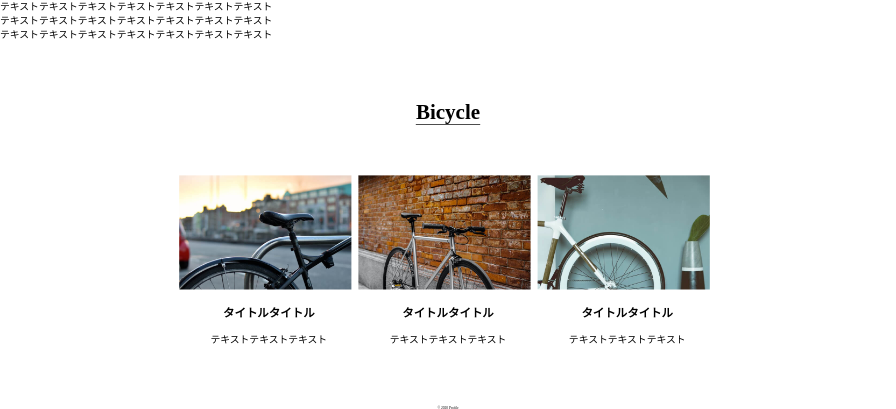
Repository: naoko0513/bike
Page: index.html
The author's editor kept a record of every edit. The page is drawn from the files as they stood at one moment, then again after the next edit.
The browser window is 1280 px wide. The pictures show the part of the page from y = 1562 to 3482 px (the page is 2146 px tall before and 3639 px after), at 70% of full size.

Above is the page before.

### index.html
<!DOCTYPE html>
<html lang="ja">
<head>
    <meta charset="UTF-8">
    <meta name="viewport" content="width=device-width,initial-scale=1">
    <meta http-equiv="X-UA-Compatible" content="ie=edge">
    <title>Document</title>
    <link rel="stylesheet" href="stylesheet.css" type="text/css" />
</head>
<body>
    <!-----------トップ（プロファイルの部分）----------->
    <div id="top">
        <div class="header-container">
            <div class="topimage">
                Profile
            </div>
            <div class="menu">
                <p>About</p>
                <p>Bicycle</p>
            </div>
        </div>
    </div>
    <div class="maineimage">
        <img src="images/mainvisual.jpg" alt="自転車"></img>
    </div>
    <!----------------プロフィール部分---------------->
    <div class="blank"></div>
    <div id="about">
        <h2 class="heading">About</h2>
    </div>
        <div class="container">
            <img src="images/about.png" alt="プロフィール画像"></img>
            <div class="text">
                <h3>KAKERU MIYAICHI</h3>
                <p>
                    テキストテキストテキストテキストテキストテキストテキスト<br>
                    テキストテキストテキストテキストテキストテキストテキスト<br>
                    テキストテキストテキストテキストテキストテキストテキスト
                </p>
            </div>
        </div>
    <!----------------自転車の写真---------------->
    <div class="blank"></div>
    <div id="bicycle">
        <h2 class="heading">Bicycle</h2>
    </div>
    <div id="box">
        <div class="bicycle-text">
            <img src="images/bicycle1.jpg" alt="自転車１の画像"></img>
                <h3>タイトルタイトル</h3>
                <P>テキストテキストテキスト</p>
        </div>
        <div class="bicycle-text">
            <img src="images/bicycle2.jpg" alt="自転車２の画像"></img>
                <h3>タイトルタイトル</h3>
                <p>テキストテキストテキスト</p>
        </div>
        <div class="bicycle-text">
            <img src="images/bicycle3.jpg" alt="自転車３の画像"></img>
                <h3>タイトルタイトル</h3>
                <p>テキストテキストテキスト</p>
        </div>
    </div>
    <div class="blank"></div>
    <div class="footer">© 2020 Profile</div>
</body>

### stylesheet.css
body {
    margin: 0;
    font-size: 14px;
}

#top {
    height: 60px;
}

.header-container {
    margin: 0 auto;
    height: 100%;
    width: 60%;
    display: flex;
    justify-content: space-between;
    align-items: center;
}

.maineimage img {
    width: 100%;
    height: 86vh;
    object-fit: cover;
}

.topimage {
    width: 120px;
    font-size: 25px;
    display: flex;
    justify-content: center;
    color: #FFF;
    background-color: #333333;
}

.menu{
    justify-content: space-between;
    display: flex;
    align-items: flex-end;
    width: 20vh;

}
.maineimage {
    width: 100%;
}

.blank {
    height: 10vh;
}

#about {
    display: flex;
    align-items: stretch;
    justify-content: center;
    font-size: 20px;
}

.heading {
    margin: 0;
    margin-bottom: 10vh;
    border-bottom: solid 1px;
}


#container {
    margin: 0 auto;
    height: 100%;
    display: flex;
    justify-content: center;
    align-items: center;
    width: 60%;
}

#container img {
    margin-right: 5vh;
    width: 15vh;
}

.text {
    font-size: 14px;
    width: 45%;
}

#bicycle {
    align-items: stretch;
    display: flex;
    justify-content: center;
    font-size: 20px;
}

#box {
    display: flex;
    justify-content: space-around;
    align-items: center;
    margin: auto;
    width: 60%;
    height: 100%;

}

.bicycle-text {
    width: 60%;
}

.bicycle-text img {
    width: 96%;

}

.bicycle-text h3 {
    display: flex;
    justify-content: center;
}

.bicycle-text p{
    display: flex;
    justify-content: center;
}

.footer {
    text-align: center;
    font-size: 5px;
}

@media screen and (max-width:480px){
    .header-container{
        width: 95%;
    }
    .maineimage {
        width: 100%;
    }
    #container {
        width: 90%;
        display: flex;
        flex-direction:column;
    }
    .text {
        width: 100%;
    }
    #box {
        width: 95%;
    }
    .bicycle-text {
        width: 100%;
        font-size: 5px;
    }
}

After the next edit:
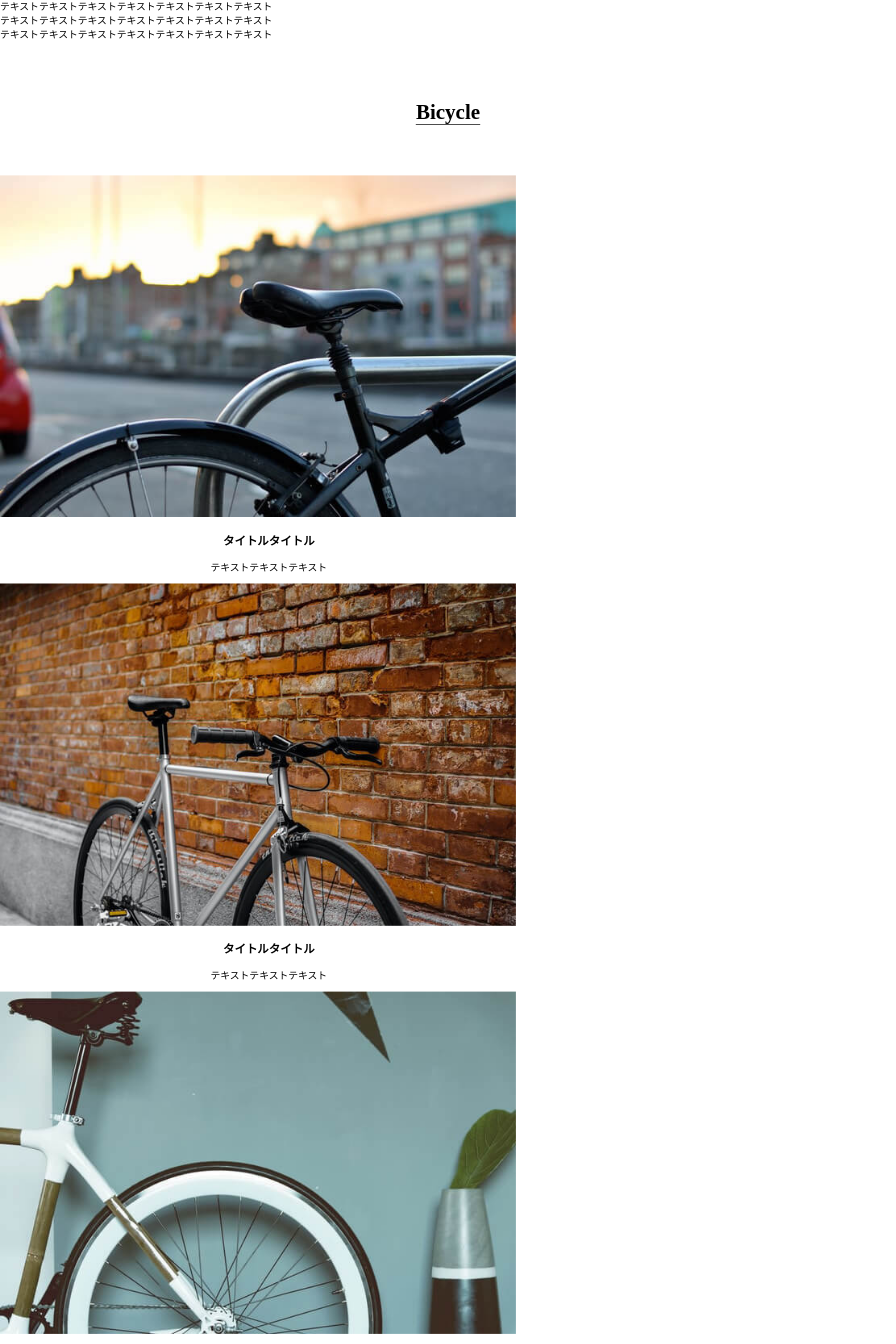
The edit:
--- a/index.html
+++ b/index.html
@@ -44,7 +44,7 @@
     <div id="bicycle">
         <h2 class="heading">Bicycle</h2>
     </div>
-    <div id="box">
+    <div class="container">
         <div class="bicycle-text">
             <img src="images/bicycle1.jpg" alt="自転車１の画像"></img>
                 <h3>タイトルタイトル</h3>
